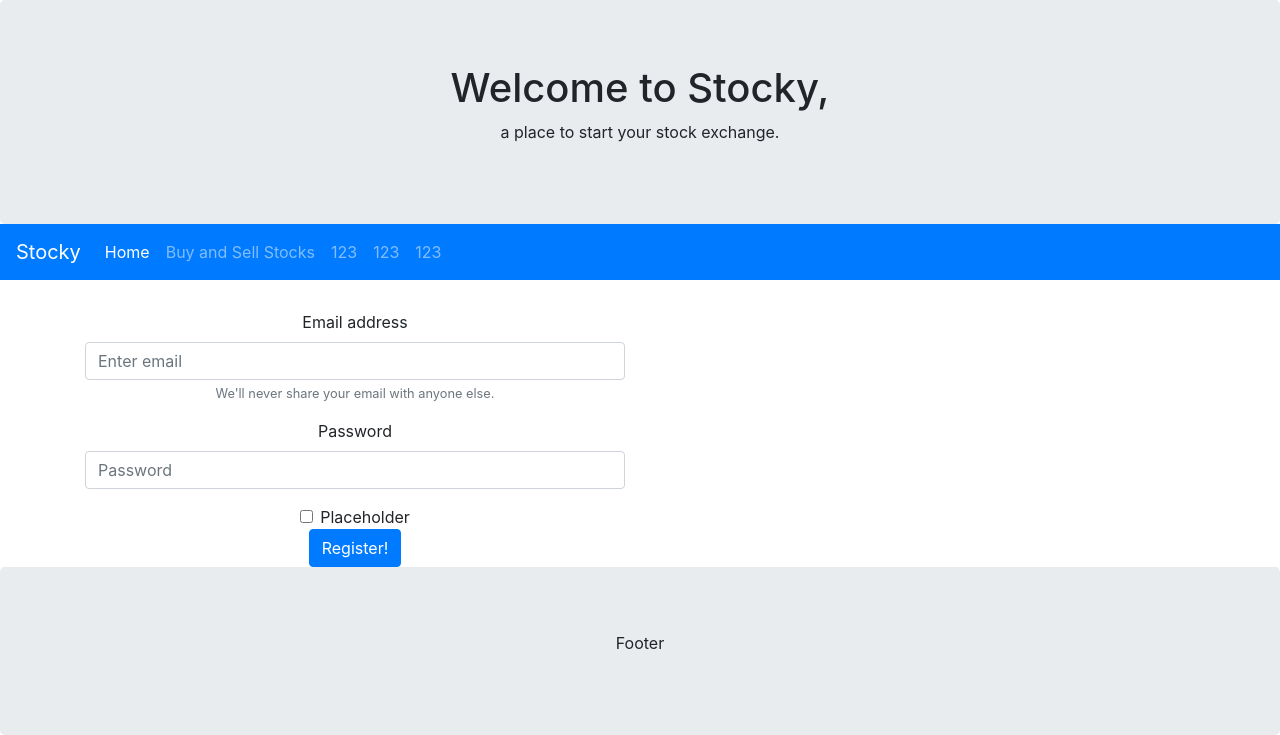
Repository: madfufuu/stocky
Page: http://localhost/stocky/signup.jsp
An editor plug-in stored every save of this project. The page is shown before and after the next save, followed by the edit.
The browser window is 1280 px wide. The pictures show the whole page.
The page is served by Tomcat 9. Other server files are loaded and not shown.

Above is the page before, as saved 2019-11-27 21:43:35.

### stocky-new-master/stocky/WebContent/signup.jsp
<%@ page language="java" contentType="text/html; charset=UTF-8"
    pageEncoding="UTF-8"%>
<!DOCTYPE html>
<html lang="en">
<head>
	<!-- Required meta tags -->
    <meta charset="utf-8">
    <meta name="viewport" content="width=device-width, initial-scale=1, shrink-to-fit=no">

	<!-- Bootstrap CSS -->
	<link rel="stylesheet" href="https://stackpath.bootstrapcdn.com/bootstrap/4.3.1/css/bootstrap.min.css" integrity="sha384-ggOyR0iXCbMQv3Xipma34MD+dH/1fQ784/j6cY/iJTQUOhcWr7x9JvoRxT2MZw1T" crossorigin="anonymous">
	<link rel="stylesheet" type="text/css" href="./style.css">

	<title>Registration</title>
</head>

<body>
	<div class="jumbotron text-center" style="margin-bottom:0">
  		<h1>Welcome to Stocky,</h1>
 		<p>a place to start your stock exchange.</p>
	</div>

	<nav class="navbar navbar-expand-lg navbar-dark bg-primary sticky-top">
  		<a class="navbar-brand" href="index.jsp">Stocky</a>
  		<button class="navbar-toggler" type="button" data-toggle="collapse" data-target="#navbarSupportedContent" aria-controls="navbarSupportedContent" aria-expanded="false" aria-label="Toggle navigation">
    		<span class="navbar-toggler-icon"></span>
  		</button>

  		<div class="collapse navbar-collapse" id="navbarSupportedContent">
			<ul class="navbar-nav mr-auto">
				<li class="nav-item active">
					<a class="nav-link" href="index.jsp">Home <span class="sr-only">(current)</span></a>
				</li>

				<li class="nav-item">
					<a class="nav-link" href="#">Buy and Sell Stocks</a>
				</li>

				<li class="nav-item">
					<a class="nav-link" href="#">123</a>
				</li>

				<li class="nav-item">
					<a class="nav-link" href="#">123</a>
				</li>

				<li class="nav-item">
					<a class="nav-link" href="#">123</a>
				</li>

			</ul>

		</div>
	</nav>

	<!-- <form id="signupForm" action="SignUpCheck" method="post">
		Email: <input type="text" name="email" /><br />
		<br />Password: <input type="password" name="password" /><br />
		<br />First Name: <input type="text" name="fname" /><br />
		<br />Last Name: <input type="text" name="lname" /><br />
		<br />Physical Address: <input type="text" name="paddress" /><br />
		<br /> <br />
		<br /> <input type="submit" />
	</form> -->

	<div class="container">
		<div class="row">
			<form action="SignUpCheck" method="post" class="col-sm-6"
				id="signupForm">
				<div class="form-group">
					<label for="exampleInputEmail1">Email address</label> <input
						type="email" class="form-control" id="exampleInputEmail1"
						aria-describedby="emailHelp" placeholder="Enter email"> <small
						id="emailHelp" class="form-text text-muted">We'll never
						share your email with anyone else.</small>
				</div>
				<div class="form-group">
					<label for="exampleInputPassword1">Password</label> <input
						type="password" class="form-control" id="exampleInputPassword1"
						placeholder="Password">
				</div>
				<div class="form-check">
					<input type="checkbox" class="form-check-input" id="exampleCheck1">
					<label class="form-check-label" for="exampleCheck1">Placeholder</label>
				</div>
				<button type="submit" class="btn btn-primary">Register!</button>
			</form>
		</div>
	</div>

	<div class="jumbotron text-center" style="margin-bottom:0">
		<p>Footer</p>
	</div>



	<!-- Optional JavaScript -->
    <!-- jQuery first, then Popper.js, then Bootstrap JS -->
	<script src="https://code.jquery.com/jquery-3.3.1.slim.min.js" integrity="sha384-q8i/X+965DzO0rT7abK41JStQIAqVgRVzpbzo5smXKp4YfRvH+8abtTE1Pi6jizo" crossorigin="anonymous"></script>
	<script src="https://cdnjs.cloudflare.com/ajax/libs/popper.js/1.14.7/umd/popper.min.js" integrity="sha384-UO2eT0CpHqdSJQ6hJty5KVphtPhzWj9WO1clHTMGa3JDZwrnQq4sF86dIHNDz0W1" crossorigin="anonymous"></script>
	<script src="https://stackpath.bootstrapcdn.com/bootstrap/4.3.1/js/bootstrap.min.js" integrity="sha384-JjSmVgyd0p3pXB1rRibZUAYoIIy6OrQ6VrjIEaFf/nJGzIxFDsf4x0xIM+B07jRM" crossorigin="anonymous"></script>
</body>
</html>

### stocky-new-master/stocky/WebContent/style.css
@charset "UTF-8";
#signin-form-card {
	width: 50%;
}

#signupForm{
	text-align: center;
	margin-top:  30px;
}

After the next save:
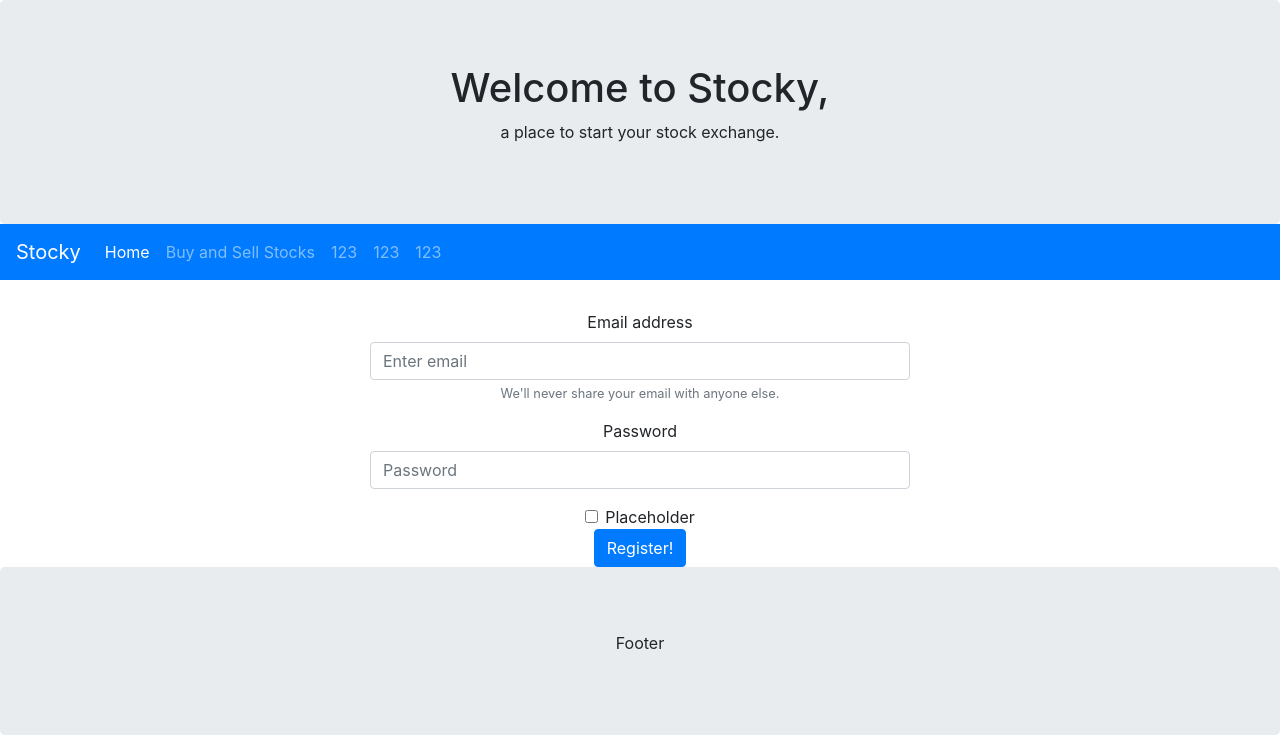
Saved 42 s later.
--- a/stocky-new-master/stocky/WebContent/signup.jsp
+++ b/stocky-new-master/stocky/WebContent/signup.jsp
@@ -64,7 +64,7 @@
 	</form> -->
 
 	<div class="container">
-		<div class="row">
+		<div class="row justify-content-center">
 			<form action="SignUpCheck" method="post" class="col-sm-6"
 				id="signupForm">
 				<div class="form-group">
